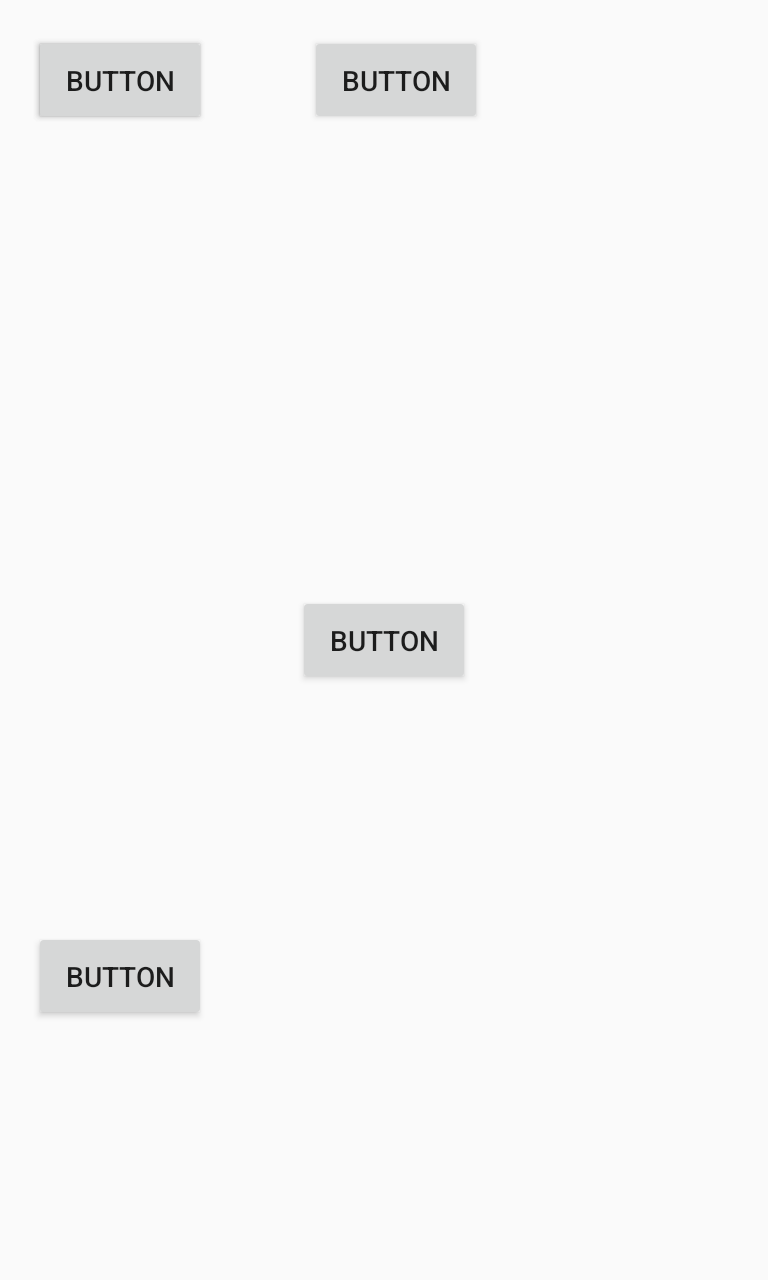
Repository: HarithaAmmuHari/Project
Layout: Relative/res/layout/activity_main.xml
These files come from the project's save history. The layout is drawn as it stood at one moment and after the next save; the edit follows.
It is drawn on a 768 x 1280 px phone screen (xhdpi) without system bars, with theme AppTheme; the app's code is not run.

Above is the layout before, as saved 2015-01-21 10:07:29.

After the next save:
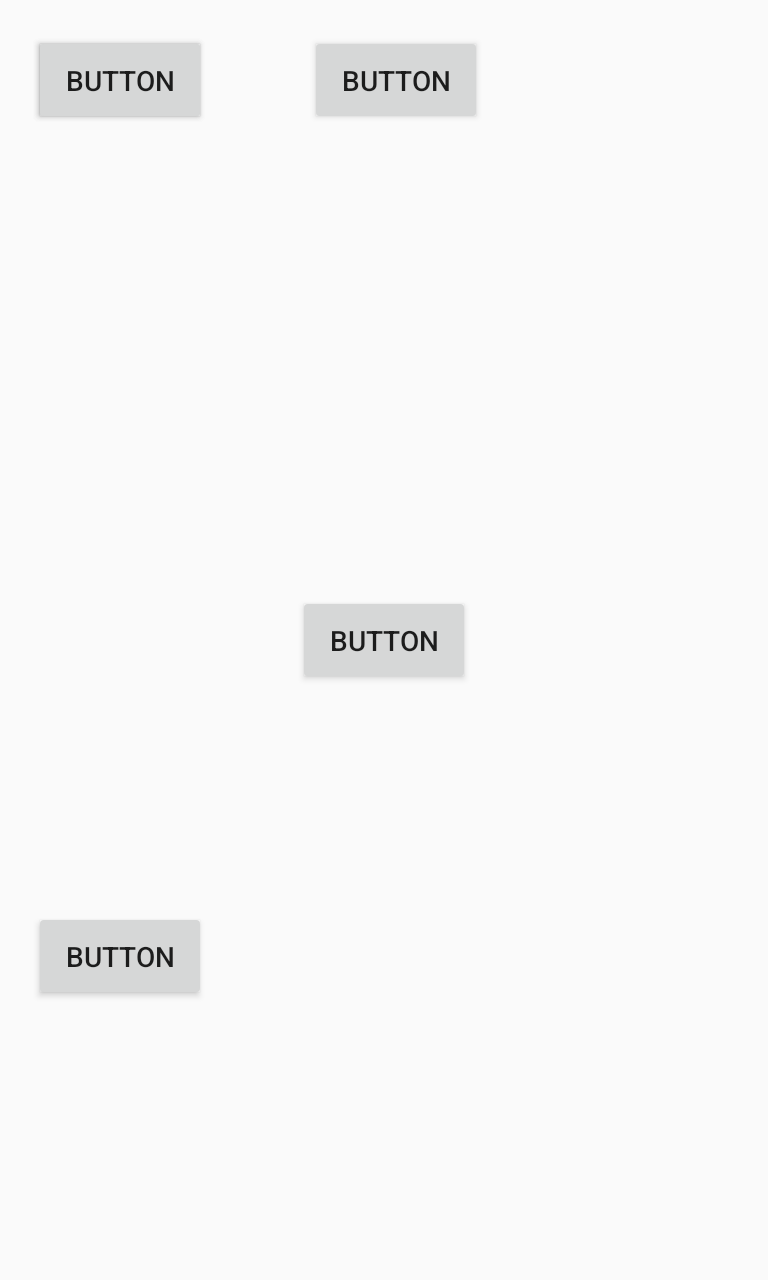
Saved 15 s later.
--- a/Relative/res/layout/activity_main.xml
+++ b/Relative/res/layout/activity_main.xml
@@ -36,7 +36,7 @@
         android:layout_width="wrap_content"
         android:layout_height="wrap_content"
         android:layout_below="@+id/button1"
-        android:layout_marginTop="400dp"
+        android:layout_marginTop="390dp"
         android:text="Button" />
 
     <Button
